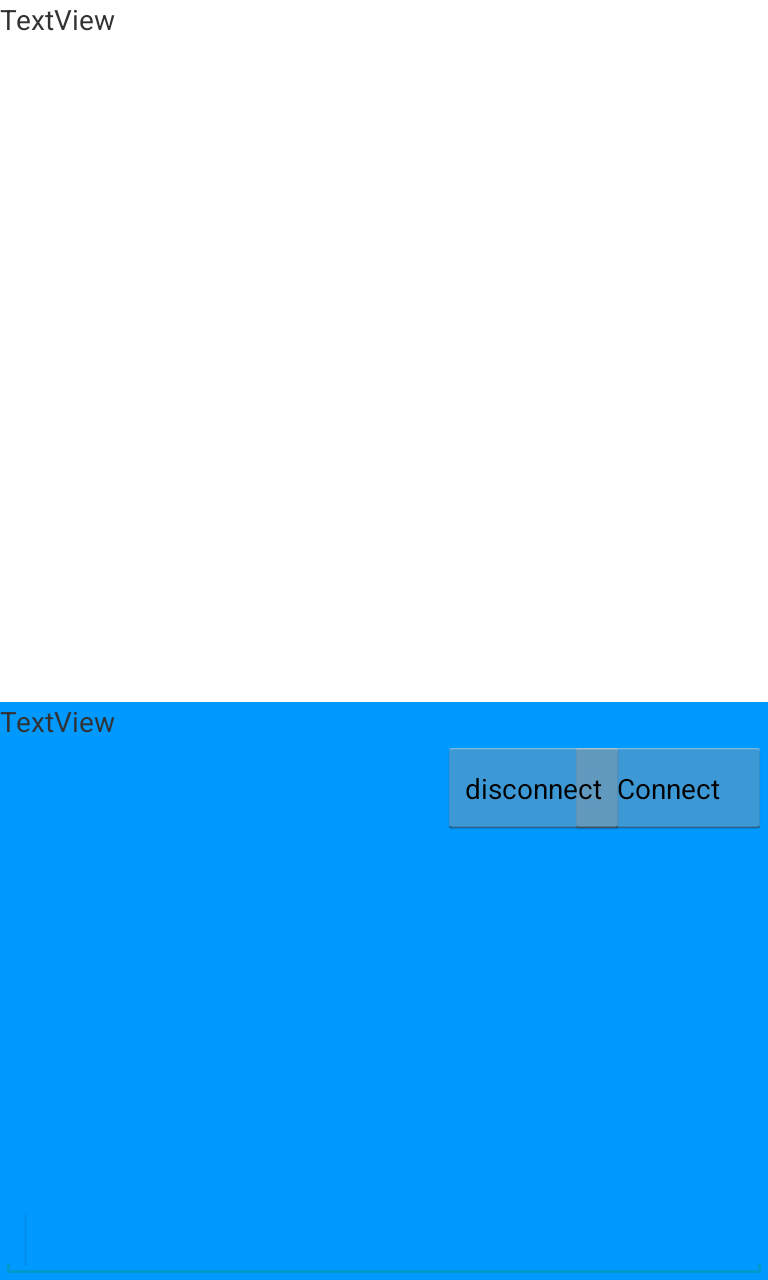
Repository: Clonedpirate/BtSshPwnPI
Layout: HackDroid/res/layout/terminal.xml
The author's editor kept a copy of each file at every save. The layout is drawn from the files as they stood at one save, then again after the next save.
It is drawn on a 768 x 1280 px phone screen (xhdpi) without system bars, with theme AppTheme; the app's code is not run.

Above is the layout before, as saved 2014-06-19 10:23:19.

After the next save:
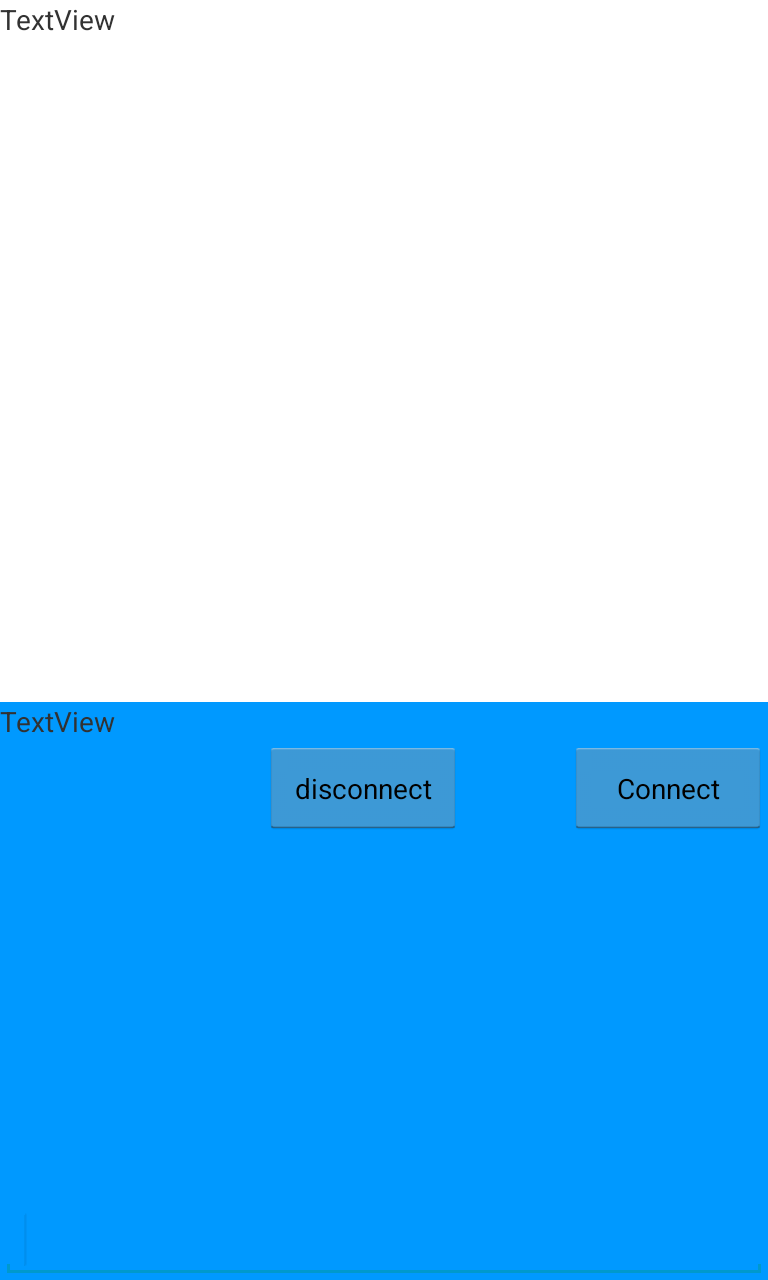
Saved 25 s later.
--- a/HackDroid/res/layout/terminal.xml
+++ b/HackDroid/res/layout/terminal.xml
@@ -44,11 +44,11 @@
     <Button
         android:id="@+id/button1"
         style="?android:attr/buttonStyleSmall"
-        android:layout_width="wrap_content"
+        android:layout_width="100dp"
         android:layout_height="wrap_content"
-        android:layout_alignParentRight="true"
         android:layout_below="@+id/IPtext"
-        android:layout_marginRight="71dp"
+        android:layout_marginLeft="74dp"
+        android:layout_toRightOf="@+id/IPtext"
         android:text="disconnect" />
 
 </RelativeLayout>
